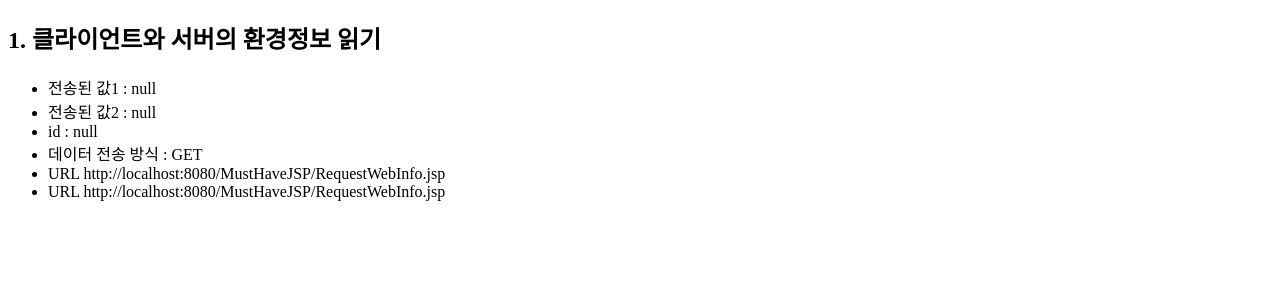
Repository: ahwaboin3/eclipse-workspace-jsp
Page: http://localhost/MustHaveJSP/RequestWebInfo.jsp
These files come from the project's save history. The page is drawn as it stood at one moment and after the next save; the edit follows.
The browser window is 1280 px wide. The pictures show the whole page.
The page is served by Tomcat 10. Other server files are loaded and not shown.

Above is the page before, as saved 2025-05-21 05:10:10.

### MustHaveJSP/src/main/webapp/RequestWebInfo.jsp
<%@ page language="java" contentType="text/html; charset=UTF-8"
    pageEncoding="UTF-8"%>
<!DOCTYPE html>
<html>
<head>
<meta charset="UTF-8">
<title>Insert title here</title>
</head>
<body>
	<h2>1. 클라이언트와 서버의 환경정보 읽기</h2>
	<ul>
		<li>전송된 값1 : <%=request.getParameter("eng") %></li>
		<li>전송된 값2 : <%=request.getParameter("han") %></li>
		<li>id : <%=request.getParameter("id") %></li>
		<li>데이터 전송 방식 : <%=request.getMethod() %></li>
		<!-- URL - 주소
			getRequestURL() - 요청 주소를 반환합니다.
			getRequestURI() - 요청 주소를 반환하는데 호스트를 제외한
			주소를 반환합니다.
		 -->
		<li>URL <%=request.getRequestURL() %></li>
		<li>URL <%=request.getRequestURL() %></li>
	</ul>
</body>
</html>

After the next save:
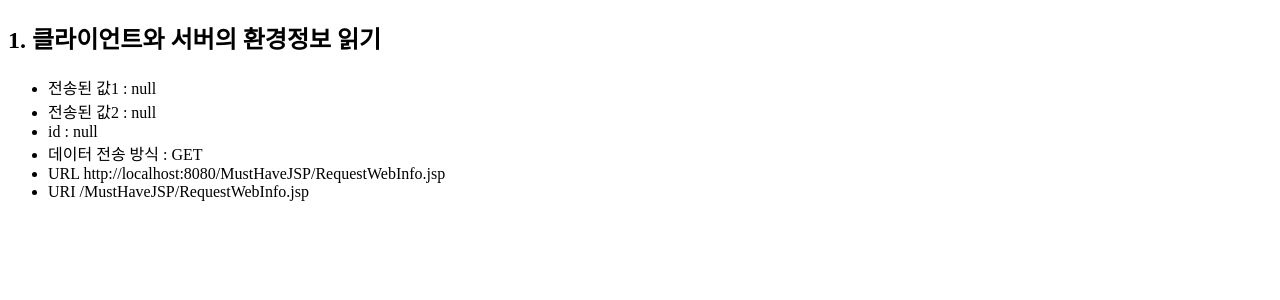
Saved 36 s later.
--- a/MustHaveJSP/src/main/webapp/RequestWebInfo.jsp
+++ b/MustHaveJSP/src/main/webapp/RequestWebInfo.jsp
@@ -15,11 +15,11 @@
 		<li>데이터 전송 방식 : <%=request.getMethod() %></li>
 		<!-- URL - 주소
 			getRequestURL() - 요청 주소를 반환합니다.
-			getRequestURI() - 요청 주소를 반환하는데 호스트를 제외한
-			주소를 반환합니다.
+			getRequestURI() - 요청 주소를 반환하는데 호스트(아이피,포트)
+			를 제외한 주소를 반환합니다.
 		 -->
 		<li>URL <%=request.getRequestURL() %></li>
-		<li>URL <%=request.getRequestURL() %></li>
+		<li>URI <%=request.getRequestURI() %></li>
 	</ul>
 </body>
 </html>
